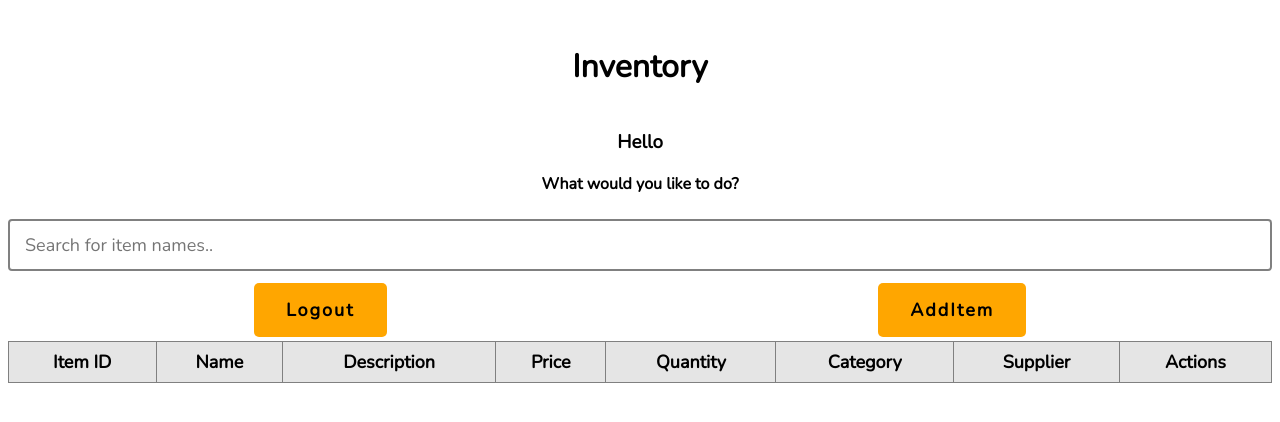
Repository: arshad-shah/Software-enginnering-3-software-patterns
Page: http://localhost/InventorySystemApp/inventory.jsp
An editor plug-in stored every save of this project. The page is shown before and after the next save, followed by the edit.
The browser window is 1280 px wide. The pictures show the whole page.
The page is served by Tomcat 9. Other server files are loaded and not shown.

Above is the page before, as saved 2021-11-23 12:04:09.

### workspace/InventorySystemApp/WebContent/inventory.jsp
<%@ page language="java" contentType="text/html; charset=ISO-8859-1"
pageEncoding="ISO-8859-1"%>
<%@ taglib prefix="c" uri="http://java.sun.com/jsp/jstl/core" %>

<!DOCTYPE html PUBLIC "-//W3C//DTD HTML 4.01 Transitional//EN" "http://www.w3.org/TR/html4/loose.dtd">
<html>
  <head>
    <meta http-equiv="Content-Type" content="text/html; charset=ISO-8859-1" />
    <title>Inventory</title>
    <link rel="stylesheet" href="style.css">
    <link rel="preconnect" href="https://fonts.googleapis.com">
	<link rel="preconnect" href="https://fonts.gstatic.com" crossorigin>
	<link href="https://fonts.googleapis.com/css2?family=Nunito&display=swap" rel="stylesheet">
	<script src="https://unpkg.com/feather-icons"></script>
  </head>

  <body>
    <c:set var="user" value="${sessionScope.user}" />
    <div class="inventoryHeader">
    <h1>Inventory</h1>
    <h3><b>Hello <c:out value="${user}" /></b></h3>
    	<b>What would you like to do?</b>
    </div>
	<input class="searchinput" type="text" id="myInput" onkeyup="searchFunction()" placeholder="Search for item names.." title="Type in a name">
    <div class="actionButtons">
	    <form action="FrontController" method="post">
	      <input type="hidden" name="action" value="LogoutUser" />
	      <input class="button" type="submit" value="Logout" />
	    </form>

	    <form action="FrontController" method="post">
	      <input type="hidden" name="action" value="AddItemClick" />
	      <input class="button" type="submit" value="AddItem" />
	    </form>
	</div>
    <!-- fill out the table with the inventory from sessionScope -->
    <table border="1" id="myTable">
      <tr>
        <th>Item ID</th>
        <th>Name</th>
        <th>Description</th>
        <th>Price</th>
        <th>Quantity</th>
        <th>Category</th>
        <th>Supplier</th>
        <th>Actions</th>
      </tr>
      <c:forEach items="${sessionScope.inventory.getInventory()}" var="item">
        <tr>
          <td>${item.itemId}</td>
          <td>${item.itemName}</td>
          <td>${item.itemDesc}</td>
          <td>${item.itemPrice} EUR</td>
          <td>${item.itemQuantity} </td>
          <td>${item.itemCategory}</td>
          <td>${item.itemSupplier}</td>
          <td >
          <div class="iconButtons">
	         <form action="FrontController" class="buttonForm" method="post">
	          	 <input type="hidden" name="itemid" value="${item.itemId}"/>
			     <input type="hidden" name="action" value="GetItem" />
			     <button class="iconbutton" type="submit"><i data-feather="edit"></i></button>
			  </form>

		    <form action="FrontController" class="buttonForm" method="post">
		      <input type="hidden" name="action" value="DeleteItem" />
		      <input type="hidden" name="itemid" value="${item.itemId}"/>
		      <button class="iconbutton" type="submit"><i data-feather="trash-2"></i></button>
		    </form>

          </div>
		  </td>
        </tr>
      </c:forEach>
      <!-- end of forEach -->
    </table>

	<script>
      feather.replace()
    </script>

    <script>
		function searchFunction() {
		  var input, filter, table, tr, td, i, txtValue;
		  input = document.getElementById("myInput");
		  filter = input.value.toUpperCase();
		  table = document.getElementById("myTable");
		  tr = table.getElementsByTagName("tr");
		  for (i = 0; i < tr.length; i++) {
			  console.log(tr.length);
		    td = tr[i].getElementsByTagName("td")[1];
		    if (td) {
		      txtValue = td.textContent || td.innerText;
		      if (txtValue.toUpperCase().indexOf(filter) > -1) {
		        tr[i].style.display = "";
		      } else {
		        tr[i].style.display = "none";
		      }
		    }
		  }
		}
	</script>
  </body>
</html>

### workspace/InventorySystemApp/WebContent/style.css
@charset "ISO-8859-1";

*{
	font-family: 'Nunito', sans-serif;
}
.loginContainer{
	width: 100%;
    height: 100%;
    min-height: 100vh;
    display: flex;
    align-items: center;
    justify-content: center;
    align-content: center;
    flex-direction: column;
}
.loginForm{
	width:auto;
	height:auto;
	padding:24px;
	display: flex;
	flex-direction: column;
	align-content: center;
	justify-content: center;
	align-items: stretch;
	/* Add shadows to create the "card" effect */
	box-shadow: 1px 1px 5px 4px rgba(0,0,0,0.15);
	transition: 0.3s;
	border-radius: 10px;
}

.signUpContainer{
	width: 100%;
    height: 100%;
    min-height: 100vh;
    display: flex;
    align-items: center;
    justify-content: center;
    align-content: center;
    flex-direction: column;
}
.signUpForm{
	width:auto;
	height:auto;
	padding:24px;
	display: flex;
	flex-direction: column;
	align-content: center;
	justify-content: center;
	align-items: stretch;
	/* Add shadows to create the "card" effect */
	box-shadow: 1px 1px 5px 4px rgba(0,0,0,0.15);
	transition: 0.3s;
	border-radius: 10px;
}

.formHeading{
	text-align:center;
}

.loginFormButtons{
    display: flex;
    flex-direction: row;
    align-content: center;
    justify-content: space-around;
    align-items: center;
}

.actionButtons{
    display: flex;
    justify-content: space-around;
    align-content: center;
    flex-direction: row;
}
.button{
	border-radius: 5px;
    background-color: #ffa600;
    border: none;
    color: #000;
    padding: 15px 32px;
    text-align: center;
    text-decoration: none;
    display: inline-block;
    font-size: 18px;
    font-weight: 700;
    letter-spacing: 2px;
    margin: 4px 2px;
    cursor: pointer;
    -webkit-transition-duration: .4s;
    transition-duration: .4s;
}

.button:hover {
    border-radius: 5px;
    box-shadow: 0 12px 16px 0 rgba(0,0,0,.24),0 17px 50px 0 rgba(0,0,0,.19);
}

.input{
	padding: 12px 15px;
	margin: 8px 0;
	box-sizing: border-box;
	border: 2px solid grey;
  	border-radius: 4px;
  	font-size: 18px;
}
.searchinput{
	padding: 12px 15px;
	margin: 8px 0;
	box-sizing: border-box;
	border: 2px solid grey;
  	border-radius: 4px;
  	font-size: 18px;
  	width:100%;
}


table {
  border-collapse: collapse;
  width: 100%;
}

th{
  text-align: center;
  padding: 8px;
  font-weight: bold;
  font-size: 18px;
  background-color: #e5e5e5;
}
td {
  text-align: left;
   font-weight: bold;
   max-width: 6em;
}

tr:nth-child(even) {background-color: #e5e5e5;}


.inventoryHeader{
	display:flex;
	flex-direction: column;
    align-items: center;
    padding: 16px;
}

.iconButtons{
	display: flex;
	justify-content: space-around;
}
.buttonForm{
	display: inline-block;
}

.iconbutton{
	border-radius: 5px;
    background-color: #ffa600;
    border: none;
    color: #000;
    padding: 15px 32px;
    text-align: center;
    text-decoration: none;
    font-size: 18px;
    font-weight: 700;
    letter-spacing: 2px;
    cursor: pointer;
    -webkit-transition-duration: .4s;
    transition-duration: .4s;
}

.iconbutton:hover {
    border-radius: 5px;
    box-shadow: 0 12px 16px 0 rgba(0,0,0,.24),0 17px 50px 0 rgba(0,0,0,.19);
}

After the next save:
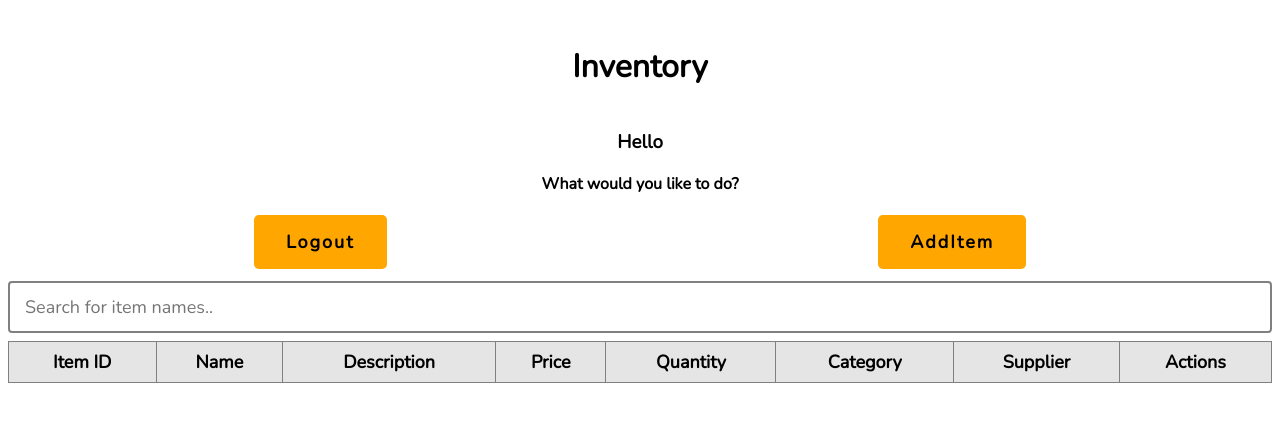
Saved 27 s later.
--- a/workspace/InventorySystemApp/WebContent/inventory.jsp
+++ b/workspace/InventorySystemApp/WebContent/inventory.jsp
@@ -21,7 +21,6 @@ pageEncoding="ISO-8859-1"%>
     <h3><b>Hello <c:out value="${user}" /></b></h3>
     	<b>What would you like to do?</b>
     </div>
-	<input class="searchinput" type="text" id="myInput" onkeyup="searchFunction()" placeholder="Search for item names.." title="Type in a name">
     <div class="actionButtons">
 	    <form action="FrontController" method="post">
 	      <input type="hidden" name="action" value="LogoutUser" />
@@ -33,6 +32,7 @@ pageEncoding="ISO-8859-1"%>
 	      <input class="button" type="submit" value="AddItem" />
 	    </form>
 	</div>
+	<input class="searchinput" type="text" id="myInput" onkeyup="searchFunction()" placeholder="Search for item names.." title="Type in a name">
     <!-- fill out the table with the inventory from sessionScope -->
     <table border="1" id="myTable">
       <tr>
